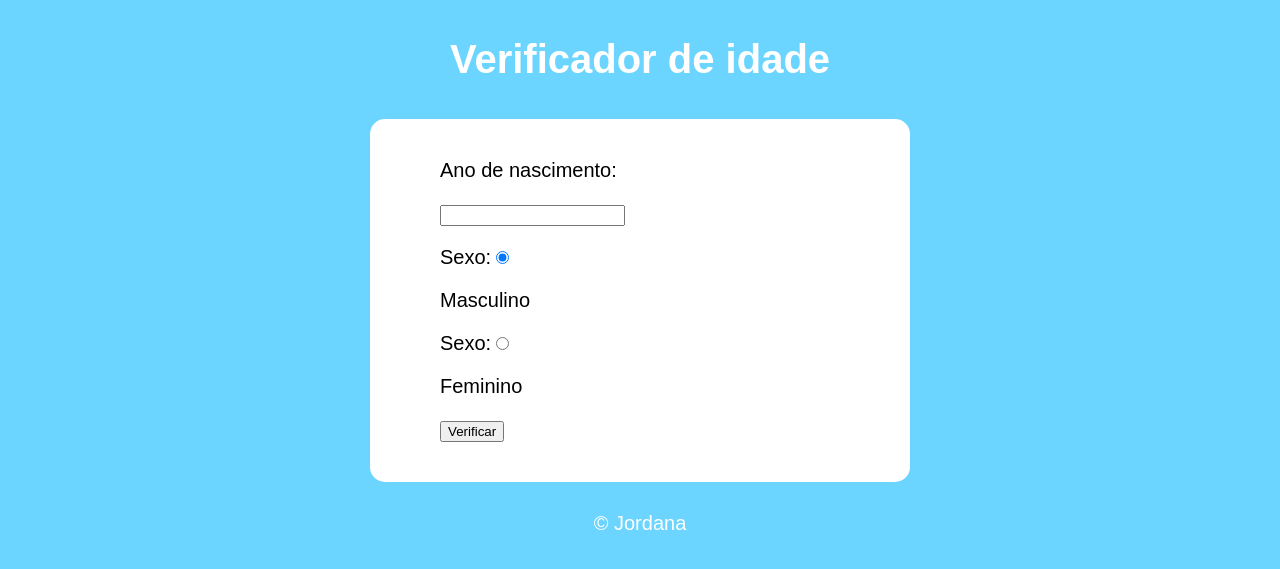
Repository: Iamjordana/Curso-JavaScript
Page: desafio/d02/index.html
An editor plug-in stored every save of this project. The page is shown before and after a run of saves, followed by the edit.
The browser window is 1280 px wide. The pictures show the whole page.

Above is the page before, as saved 2025-02-20 13:41:19.

### desafio/d02/index.html
<!DOCTYPE html>
<html lang="pt-br">
<head>
    <meta charset="UTF-8">
    <meta name="viewport" content="width=device-width, initial-scale=1.0">
    <title>Modelo Exercicio 2</title>
    <link rel="stylesheet" href="style.css">
</head>
<body>
    <header>
        <h1>Verificador de idade</h1>
    </header>
    <section>
        <div>
           <p>Ano de nascimento:</p>
           <input type="number" name="txtano" id="txtano" min="0">
           <p>Sexo:<input type="radio" name="res" id="masc" checked></p>
           <label for="masc">Masculino</label>
           <p>Sexo:<input type="radio" name="res" id="fem"></p>
           <label for="fem">Feminino</label>
            <p>
                <button onclick="verificar()">Verificar</button>
            </p>

        </div>
        <div id="res">

        </div>
    </section>
    <footer>
        <p>&copy; Jordana</p>
    </footer>
    <script src="script.js"></script>
</body>
</html>

### desafio/d02/style.css
@charset "UTF-8";

body {
  font: normal 15pt Arial, sans-serif;
  background-color: #6bd5ff;
  margin: 0;
  padding: 0;
}

header {
  color: white;
  text-align: center;
  padding: 10px 0;
}

div {
  margin: 0 auto;
  width: 80%;
  text-align:left;
}

section {
  background-color: white;
  padding: 20px;
  border-radius: 15px;
  width: 500px;
  margin: auto;
}

footer {
  color: #ffffff;
  text-align: center;
  padding: 10px 0;
  border-radius: 15px;
}

Loaded but not shown: desafio/d02/script.js (no copy from this time; the picture is the same without it)

After the next 2 saves:
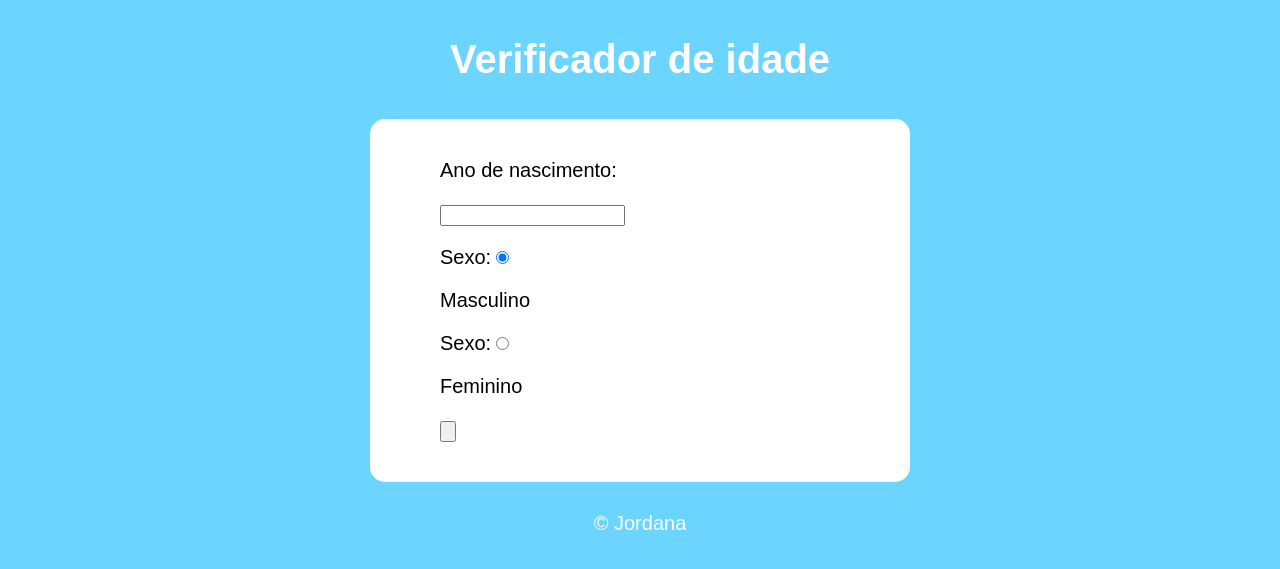
The 2 saves are shown as one change because they came seconds apart.
The last was saved 21 s later.
--- a/desafio/d02/index.html
+++ b/desafio/d02/index.html
@@ -19,7 +19,7 @@
            <p>Sexo:<input type="radio" name="res" id="fem"></p>
            <label for="fem">Feminino</label>
             <p>
-                <button onclick="verificar()">Verificar</button>
+                <input type="button" value="">
             </p>
 
         </div>
